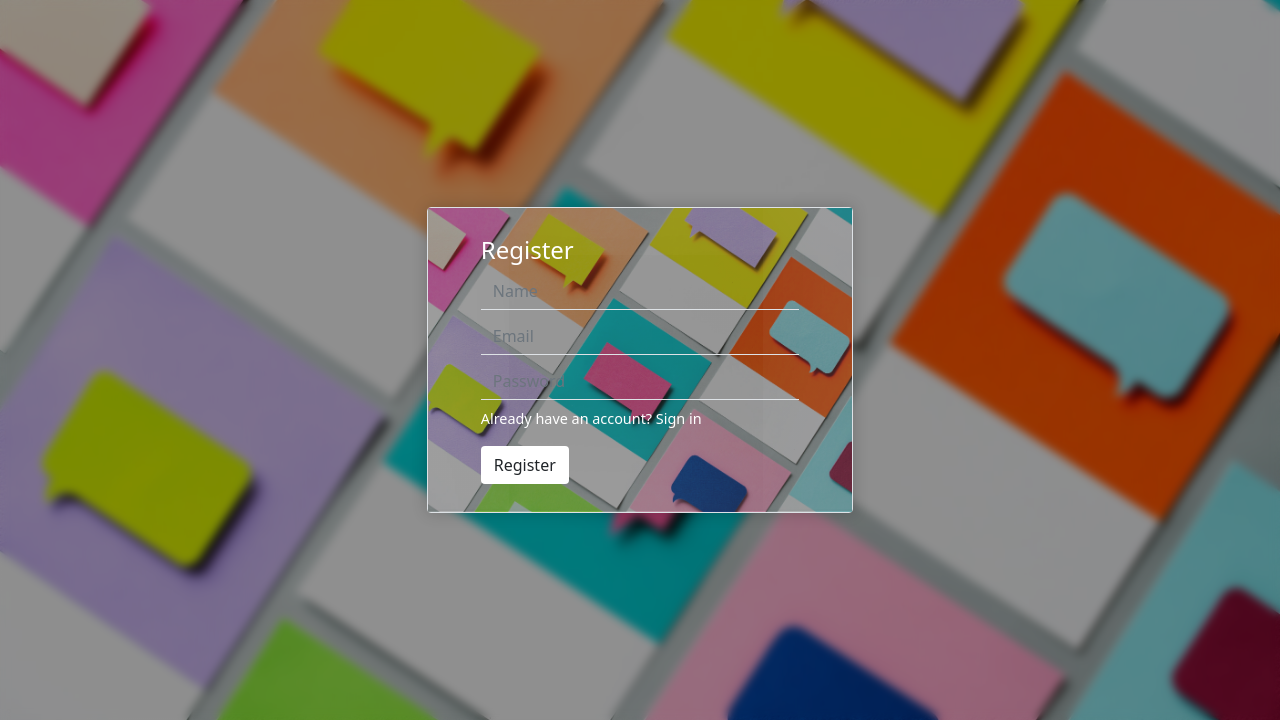
Repository: SaudCh/React-login
Page: /register
An editor plug-in stored every save of this project. The page is shown before and after the next save, followed by the edit.
The browser window is 1280 px wide. The pictures show the whole page.
The project was rebuilt for these pictures with package versions that can differ from the ones it lists, and the page was loaded fresh each time. Also part of the build but not shown: src/Components/Login/loginValidation.js, src/Components/Login/Login.jsx, src/Components/Shared/Header.jsx, src/Components/NotFound/NotFound.jsx.

Above is the page before, as saved 2022-02-06 15:32:29.

### src/App.js
import '../node_modules/bootstrap/dist/css/bootstrap.min.css'
import LoggedOutRouter from './Components/Router/LoggedOut';
import { useAuth } from './Components/Authentication/AuthHook';
import { AuthContext } from "./Components/Authentication/AuthContext";


function App() {
  const { login, logout, token, userId } = useAuth()

  return (
    <AuthContext.Provider
      value={{
        isLoggedIn: !!token,
        token: token,
        userId: userId,
        login: login,
        logout: logout,
      }}
    >
      <LoggedOutRouter />
    </AuthContext.Provider>

  );
}

export default App;

### src/Components/Router/LoggedOut.jsx
import { Routes, Route, Outlet, Navigate } from "react-router-dom";

// import Home from "../Home/Home";
import Login from "../Login/Login";
import Register from "../Register/Register";
import Header from "../Shared/Header";
import NotFound from "../NotFound/NotFound";

function LoggedOutRouter() {
  return (
    <Routes>
      <Route path="/" element={<WithHeader />}>
        <Route path="/" element={<Navigate replace to="/login" />} />
        <Route path="*" element={<NotFound />} />
      </Route>
      <Route path="/">
        <Route path="login" element={<Login />} />
        <Route path="register" element={<Register />} />
      </Route>
    </Routes>
  );
}
const WithHeader = () => {
  return (
    <div>
      <Header />
      <Outlet />
    </div>
  );
};

export default LoggedOutRouter;

### src/Components/Authentication/AuthHook.js
import { useState, useCallback, useEffect } from "react";

let logoutTimer;

export const useAuth = () => {
    const [token, setToken] = useState(false);
    const [userId, setUserId] = useState(false);
    const [timer, setTimer] = useState()

    const login = useCallback((id, token, expireTime) => {
        setToken(token);
        setUserId(id);
        const expires = expireTime || new Date(new Date().getTime() + 1000 * 60 * 60)
        setTimer(expires)
        localStorage.setItem('userData', JSON.stringify({
            userId: id,
            token: token,
            expires: expires.toISOString()
        }))
    }, []);

    const logout = useCallback(() => {
        setToken(null);
        setUserId(null);
        setTimer(null)
        localStorage.removeItem('userData')
    }, []);

    useEffect(() => {
        const storedData = JSON.parse(localStorage.getItem('userData'))
        if (storedData && storedData.token && new Date(storedData.expires) > new Date()) {
            login(storedData.userId, storedData.token, new Date(storedData.expires))
        }
    }, [login])

    useEffect(() => {
        if (token && timer) {
            const rt = timer.getTime() - new Date()
            logoutTimer = setTimeout(logout, rt)
        } else {
            clearTimeout(logoutTimer)
        }
    }, [token, logout, timer]);

    return { login, logout, token, userId }

}

### src/Components/Authentication/AuthContext.js
import { createContext } from "react";

export const AuthContext = createContext({
    isLoggedIn: false,
    userId: null,
    token: null,
    login: () => { },
    logout: () => { },
});

### src/Components/Register/Register.jsx
import React, { useState } from "react";
import "./Register.css";
import { registerInputField } from "../Shared/css";
import axios from "axios";
import { registrationValidation } from "./RegisterValidation";
import { Link } from "react-router-dom";

export default function Register() {
  const [name, setName] = useState();
  const [email, setEmail] = useState();
  const [password, setPassword] = useState();
  const [error, setError] = useState("");

  const formSubmit = (e) => {
    setError("");
    e.preventDefault();
    const data = {
      name: name,
      email: email,
      password: password,
    };

    const errors = registrationValidation(data);

    console.log(Object.keys(errors).length);

    if (Object.keys(errors).length !== 0) {
      setError(errors);
      return;
    }

    axios
      .post("http://localhost:5000/api/user/register", data)
      .then(function (response) {
        console.log(response);
      })
      .catch(function (error) {
        let err;
        if (error.response) {
          err = error.response.data.message;
        } else if (error.request) {
          err = error.toJSON().message;
        } else {
          err = error.message;
        }
        setError({ api: err });
      });
  };

  return (
    <div>
      <div className="container-fluid">
        <div className="row background-image">
          <div className="col-10 col-md-4 background-text border rounded">
            <form onSubmit={formSubmit} className="col-9">
              <div className="my-2">
                <h4 className="text-white">Register </h4>
              </div>
              {error.api && <p className="text-danger p-0 m-0">{error.api}</p>}
              <div className="my-2">
                <input
                  type="text"
                  style={registerInputField}
                  value={name}
                  onChange={(name) => setName(name.target.value)}
                  className="form-control border-bottom hlo"
                  id="name"
                  placeholder="Name"
                />
                {error.name && (
                  <p className="text-danger p-0 m-0">{error.name}</p>
                )}
              </div>
              <div className="form-group my-2">
                <input
                  style={registerInputField}
                  value={email}
                  onChange={(email) => setEmail(email.target.value)}
                  type="email"
                  class="form-control border-bottom"
                  id="email"
                  placeholder="Email"
                />
                {error.email && (
                  <p className="text-danger p-0 m-0">{error.email}</p>
                )}
              </div>
              <div className="form-group my-2">
                <input
                  style={registerInputField}
                  value={password}
                  onChange={(password) => setPassword(password.target.value)}
                  type="password"
                  class="form-control border-bottom"
                  id="password"
                  placeholder="Password"
                />
                {error.password && (
                  <p className="text-danger p-0 m-0">{error.password}</p>
                )}
              </div>
              <div className="my-2">
                <div>
                  <p className="text-white" style={{ fontSize: "0.9rem" }}>
                    Already have an account?{" "}
                    <Link
                      to="/login"
                      class="text-white"
                      style={{ textDecoration: "none" }}
                    >
                      Sign in
                    </Link>
                  </p>
                </div>
                <button className="btn" style={{ backgroundColor: "white" }}>
                  Register
                </button>
              </div>
            </form>
          </div>
        </div>
      </div>
    </div>
  );
}

### src/Components/Login/Login.css
:root {
  --primary: rgba(254, 113, 145, 0.4);
  --secondary: rgba(255, 133, 133, 0.4);
}
.login-background-image {
  height: 100vh;

  background: linear-gradient(to top right, var(--primary), var(--secondary)),
    url("../Images/back.jpg") no-repeat center center / cover;
}

.login-btn {
  width: 100%;
  border: none;
  border-radius: 25px;
  padding: 5px 0;
  color: white;
  background: linear-gradient(
    to right,
    rgb(254, 113, 145),
    rgb(255, 133, 133)
  );
}

input:hover,
input:active,
input:focus,
input:-webkit-autofill {
  outline: 0px !important;
  -webkit-appearance: none;
  box-shadow: none !important;
}
input:-webkit-autofill,
input:-webkit-autofill:focus {
  transition: background-color 600000s 0s, color 600000s 0s;
}

### src/Components/Shared/css.js
export const loginInputField = {
    backgroundColor: "transparent",
    borderRadius: 25,
};
export const registerInputField = {
    backgroundColor: "transparent",
    color: "white",
    border: "none",
    borderRadius: 0,
};

### src/Components/Register/Register.css
.background-image {
  background-image: linear-gradient(rgba(0, 0, 0, 0.4), rgba(0, 0, 0, 0.4)),
    url("../Images/back.jpg");
  background-position: center;
  background-repeat: no-repeat;
  background-size: cover;

  height: 100vh;
  justify-content: center;
  align-items: center;

  position: relative;
  z-index: 1;
}
.background-image::before {
  content: "";
  position: absolute;
  background: inherit;
  top: 0;
  bottom: 0;
  left: 0;
  right: 0;
  filter: blur(5px);
  z-index: -1;
}

.background-text {
  padding: 20px 0px;
  display: flex;
  justify-content: center;
  align-items: center;

  box-shadow: 0 0 1rem 0 rgba(0, 0, 0, 0.2);
  position: relative;
  background: inherit;
  z-index: 1;
}
.background-text::before {
  content: "";
  position: absolute;
  background: inherit;
  top: 0;
  bottom: 0;
  left: 0;
  right: 0;
  box-shadow: inset 0 0 2000px rgba(255, 255, 255, 0.3);
  /* filter: blur(1px); */
  z-index: -1;
}

input:hover,
input:active,
input:focus,
input:-webkit-autofill {
  outline: 0px !important;
  -webkit-appearance: none;
  box-shadow: none !important;
}
input:-webkit-autofill,
input:-webkit-autofill:focus {
  transition: background-color 600000s 0s, color 600000s 0s;
}

### src/Components/Register/RegisterValidation.js
export const registrationValidation = (data) => {
    let errors = {};

    if (!data.name) {
        errors.name = "Name is Required."
    }
    if (!data.email) {
        errors.email = "Email Is Required."
    }
    else if (!/\S+@\S+\.\S+/.test(data.email)) {
        errors.email = "Invalid Email"
    }
    if (!data.password) {
        errors.password = "Password is required."
    }
    else if (data.password.length < 6) {
        errors.password = "Password Must be more than Six Characters"
    }
    return errors;

}

Loaded but not shown: public/index.html (common file); src/index.js (common file); src/index.css (common file); src/reportWebVitals.js (common file)

After the next save:
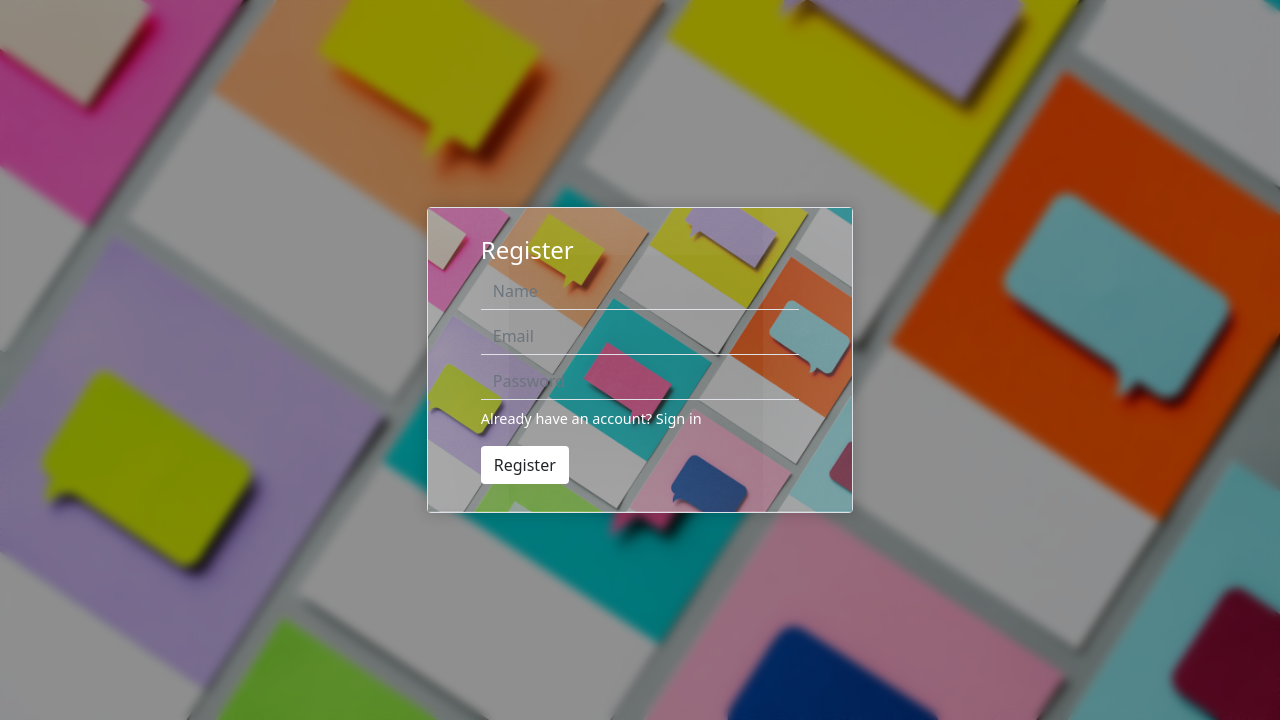
Saved 36 s later.
--- a/src/Components/Register/Register.css
+++ b/src/Components/Register/Register.css
@@ -43,7 +43,7 @@
   bottom: 0;
   left: 0;
   right: 0;
-  box-shadow: inset 0 0 2000px rgba(255, 255, 255, 0.3);
+  box-shadow: inset 0 0 2000px rgba(255, 255, 255, 0.5);
   /* filter: blur(1px); */
   z-index: -1;
 }
